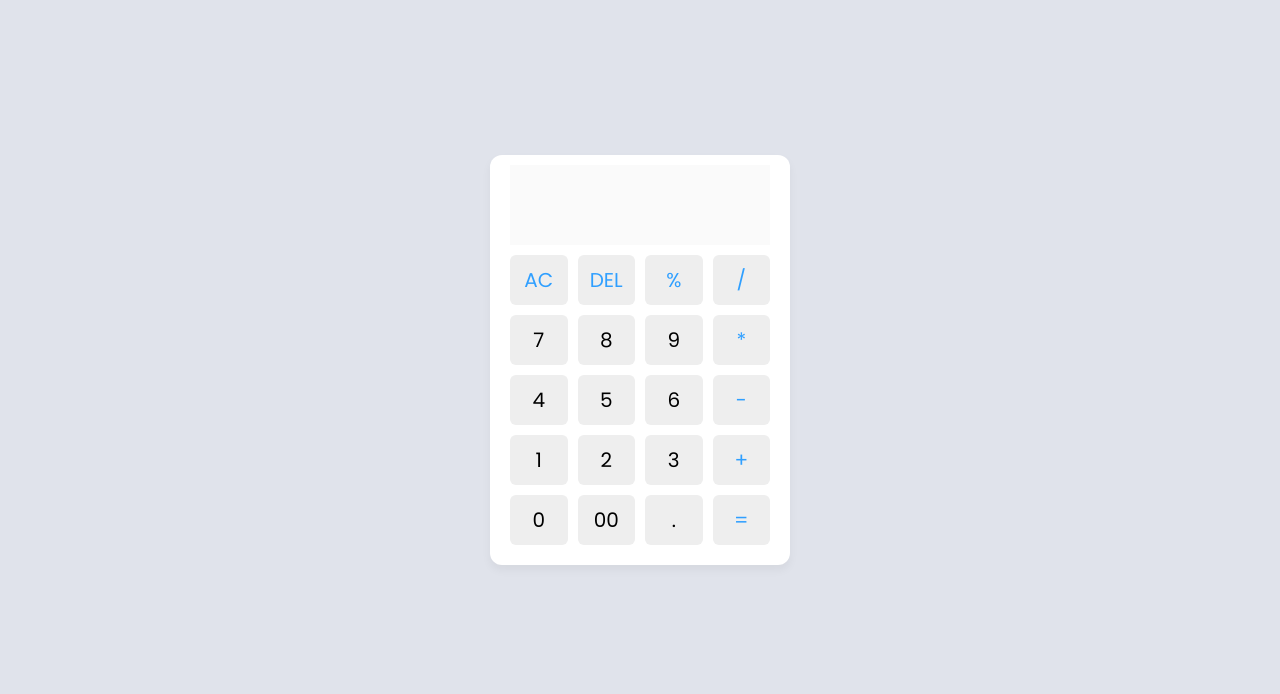
Repository: Jatuphonezyxx007/pos
Page: calculator.html
These files come from the project's save history. The page is drawn as it stood at one moment and after the next save; the edit follows.
The browser window is 1280 px wide. The pictures show the whole page.

Above is the page before, as saved 2024-09-29 16:42:35.

### calculator.html
<!DOCTYPE html>
<!-- Coding By CodingNepal - codingnepalweb.com -->
<html lang="en">
  <head>
    <meta charset="UTF-8" />
    <meta http-equiv="X-UA-Compatible" content="IE=edge" />
    <meta name="viewport" content="width=device-width, initial-scale=1.0" />
    <title>Calculator in HTML CSS & JavaScript</title>
    <!-- <link rel="stylesheet" href="style.css" /> -->

    <link href="https://cdn.jsdelivr.net/npm/bootstrap@5.3.3/dist/css/bootstrap.min.css" rel="stylesheet" integrity="sha384-QWTKZyjpPEjISv5WaRU9OFeRpok6YctnYmDr5pNlyT2bRjXh0JMhjY6hW+ALEwIH" crossorigin="anonymous">

    <style>
        /* Import Google font - Poppins */
@import url("https://fonts.googleapis.com/css2?family=Poppins:wght@300;400;500;600;700&display=swap");
* {
  margin: 0;
  padding: 0;
  box-sizing: border-box;
  font-family: "Poppins", sans-serif;
}
body {
  height: 100vh;
  display: flex;
  align-items: center;
  justify-content: center;
  background: #e0e3eb;
}
.container {
  position: relative;
  max-width: 300px;
  width: 100%;
  border-radius: 12px;
  padding: 10px 20px 20px;
  background: #fff;
  box-shadow: 0 5px 10px rgba(0, 0, 0, 0.05);
}
.display {
  height: 80px;
  width: 100%;
  outline: none;
  border: none;
  text-align: right;
  margin-bottom: 10px;
  font-size: 25px;
  color: #000e1a;
  pointer-events: none;
}
.buttons {
  display: grid;
  grid-gap: 10px;
  grid-template-columns: repeat(4, 1fr);
}
.buttons button {
  padding: 10px;
  border-radius: 6px;
  border: none;
  font-size: 20px;
  cursor: pointer;
  background-color: #eee;
}
.buttons button:active {
  transform: scale(0.99);
}
.operator {
  color: #2f9fff;
}
    </style>

  </head>
  <body>
    <div class="container">
      <input type="text" class="display" disabled />

      <div class="buttons">
        <button class="operator" data-value="AC">AC</button>
        <button class="operator" data-value="DEL">DEL</button>
        <button class="operator" data-value="%">%</button>
        <button class="operator" data-value="/">/</button>

        <button data-value="7">7</button>
        <button data-value="8">8</button>
        <button data-value="9">9</button>
        <button class="operator" data-value="*">*</button>

        <button data-value="4">4</button>
        <button data-value="5">5</button>
        <button data-value="6">6</button>
        <button class="operator" data-value="-">-</button>

        <button data-value="1">1</button>
        <button data-value="2">2</button>
        <button data-value="3">3</button>
        <button class="operator" data-value="+">+</button>

        <button data-value="0">0</button>
        <button data-value="00">00</button>
        <button data-value=".">.</button>
        <button class="operator" data-value="=">=</button>
      </div>
    </div>


    <script src="https://cdn.jsdelivr.net/npm/bootstrap@5.3.3/dist/js/bootstrap.bundle.min.js" integrity="sha384-YvpcrYf0tY3lHB60NNkmXc5s9fDVZLESaAA55NDzOxhy9GkcIdslK1eN7N6jIeHz" crossorigin="anonymous"></script>


    <script>
        const display = document.querySelector(".display");
const buttons = document.querySelectorAll("button");
const specialChars = ["%", "*", "/", "-", "+", "="];
let output = "";

//Define function to calculate based on button clicked.
const calculate = (btnValue) => {
  display.focus();
  if (btnValue === "=" && output !== "") {
    //If output has '%', replace with '/100' before evaluating.
    output = eval(output.replace("%", "/100"));
  } else if (btnValue === "AC") {
    output = "";
  } else if (btnValue === "DEL") {
    //If DEL button is clicked, remove the last character from the output.
    output = output.toString().slice(0, -1);
  } else {
    //If output is empty and button is specialChars then return
    if (output === "" && specialChars.includes(btnValue)) return;
    output += btnValue;
  }
  display.value = output;
};

//Add event listener to buttons, call calculate() on click.
buttons.forEach((button) => {
  //Button click listener calls calculate() with dataset value as argument.
  button.addEventListener("click", (e) => calculate(e.target.dataset.value));
});
    </script>
  </body>
</html>

After the next save:
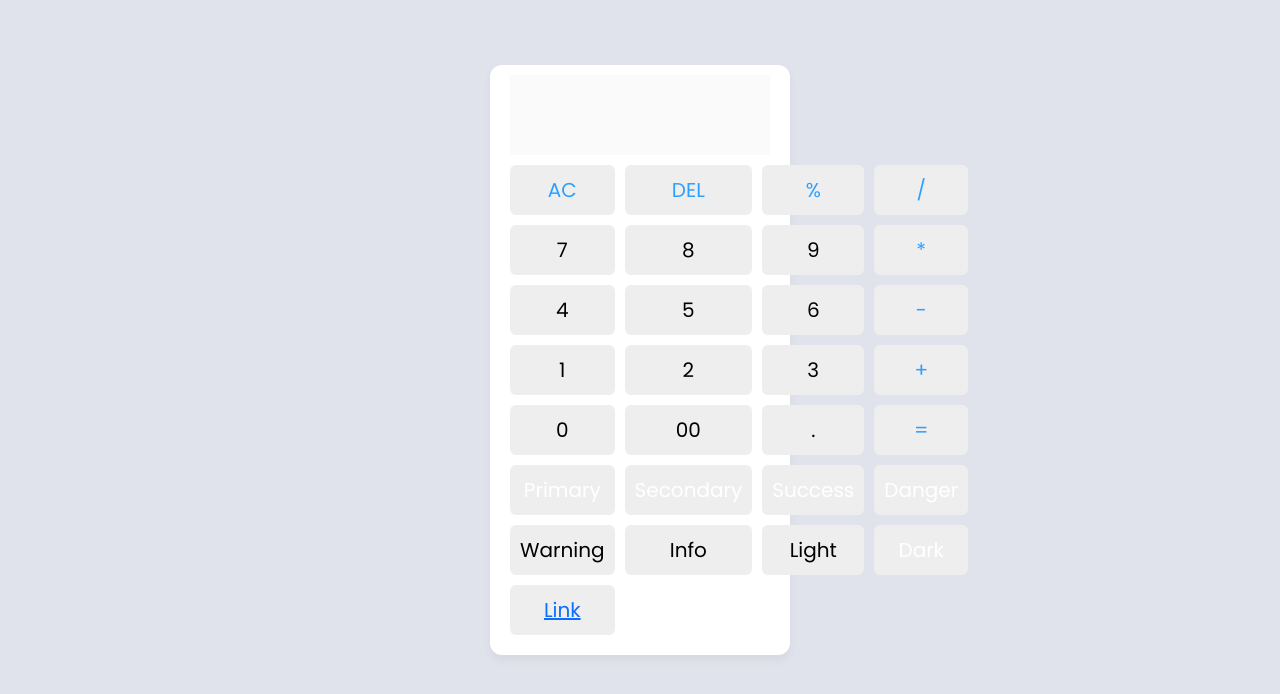
Saved 32 s later.
--- a/calculator.html
+++ b/calculator.html
@@ -97,6 +97,21 @@
         <button data-value="00">00</button>
         <button data-value=".">.</button>
         <button class="operator" data-value="=">=</button>
+
+
+        <button type="button" class="btn btn-primary">Primary</button>
+<button type="button" class="btn btn-secondary">Secondary</button>
+<button type="button" class="btn btn-success">Success</button>
+<button type="button" class="btn btn-danger">Danger</button>
+<button type="button" class="btn btn-warning">Warning</button>
+<button type="button" class="btn btn-info">Info</button>
+<button type="button" class="btn btn-light">Light</button>
+<button type="button" class="btn btn-dark">Dark</button>
+
+<button type="button" class="btn btn-link">Link</button>
+
+
+
       </div>
     </div>
 

After the save that followed:
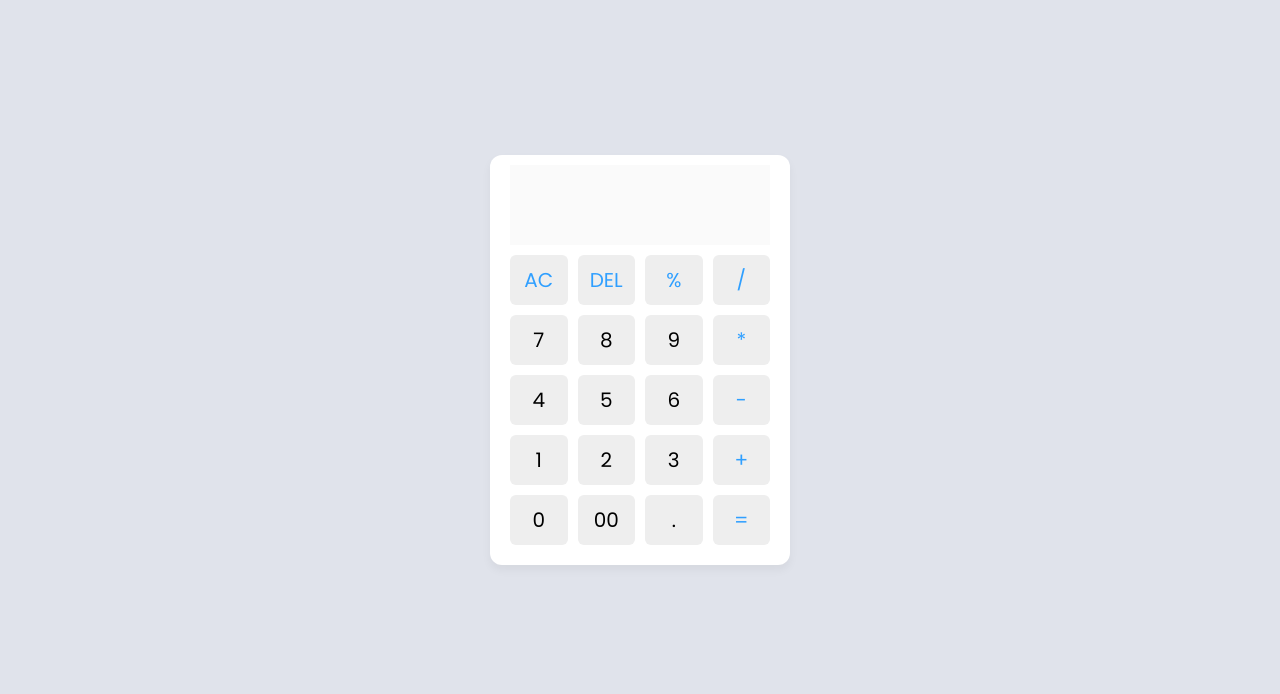
Saved 8 s later.
--- a/calculator.html
+++ b/calculator.html
@@ -97,21 +97,6 @@
         <button data-value="00">00</button>
         <button data-value=".">.</button>
         <button class="operator" data-value="=">=</button>
-
-
-        <button type="button" class="btn btn-primary">Primary</button>
-<button type="button" class="btn btn-secondary">Secondary</button>
-<button type="button" class="btn btn-success">Success</button>
-<button type="button" class="btn btn-danger">Danger</button>
-<button type="button" class="btn btn-warning">Warning</button>
-<button type="button" class="btn btn-info">Info</button>
-<button type="button" class="btn btn-light">Light</button>
-<button type="button" class="btn btn-dark">Dark</button>
-
-<button type="button" class="btn btn-link">Link</button>
-
-
-
       </div>
     </div>
 
